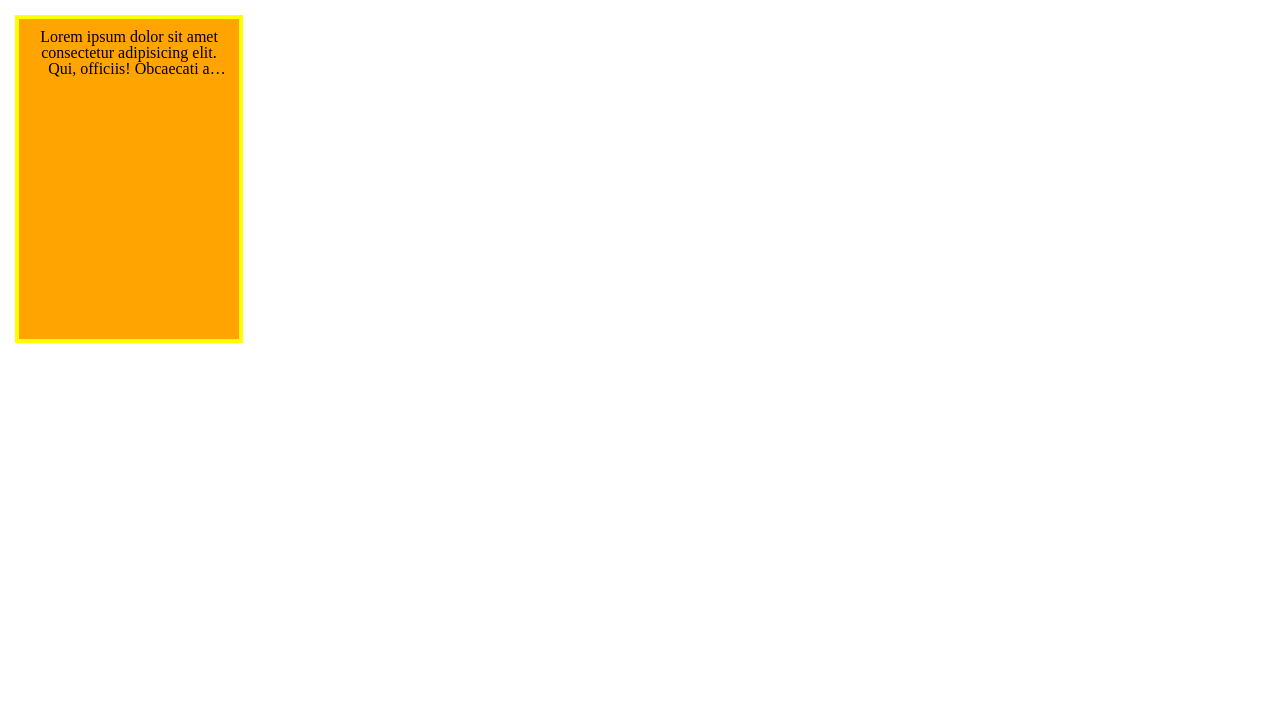
Repository: ThanhPhongsof/Css-Course
Page: index.html
An editor plug-in stored every save of this project. The page is shown before and after the next save, followed by the edit.
The browser window is 1280 px wide. The pictures show the whole page.

Above is the page before, as saved 2022-05-15 10:25:18.

After the next save:
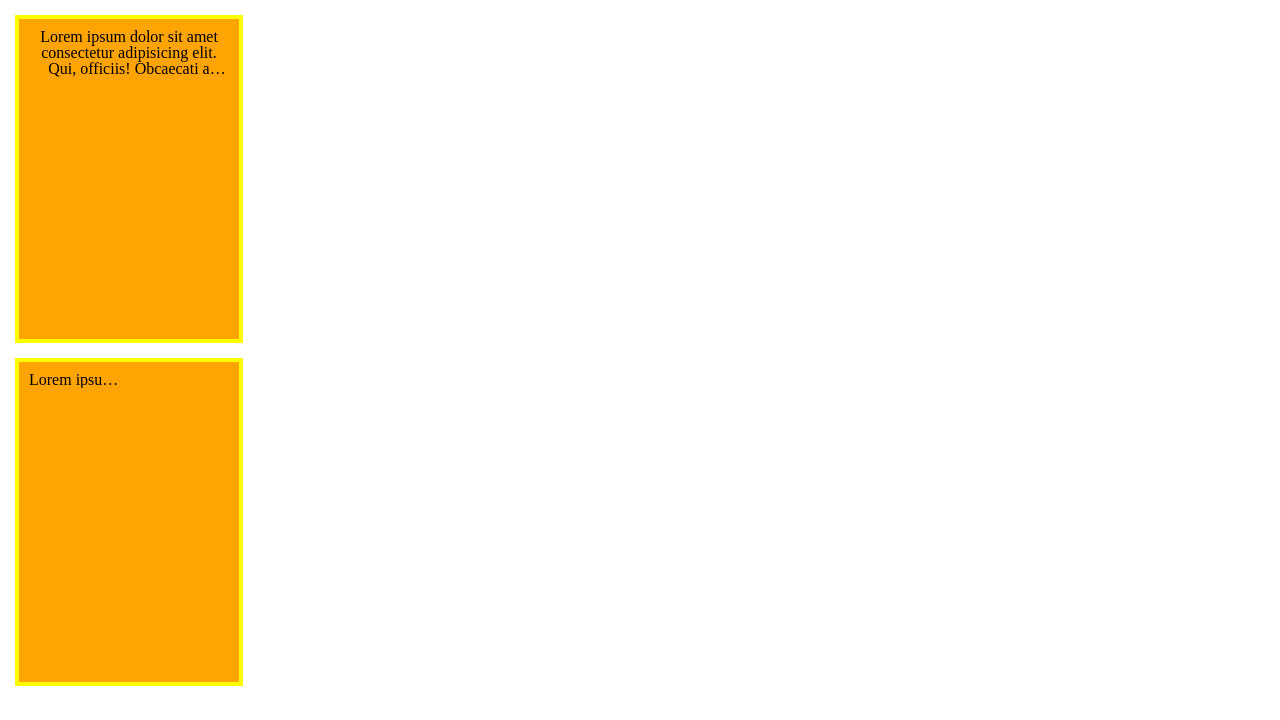
Saved 45 s later.
--- a/index.html
+++ b/index.html
@@ -16,5 +16,12 @@
         Praesentium voluptas impedit magni? Dolores sit ea sapiente qui debitis.
       </div>
     </div>
+    <div class="box">
+      <div class="text-two">
+        Lorem ipsum dolor sit amet consectetur adipisicing elit. Qui, officiis!
+        Obcaecati a molestias similique illo aut nam quod mollitia inventore!
+        Praesentium voluptas impedit magni? Dolores sit ea sapiente qui debitis.
+      </div>
+    </div>
   </body>
 </html>
